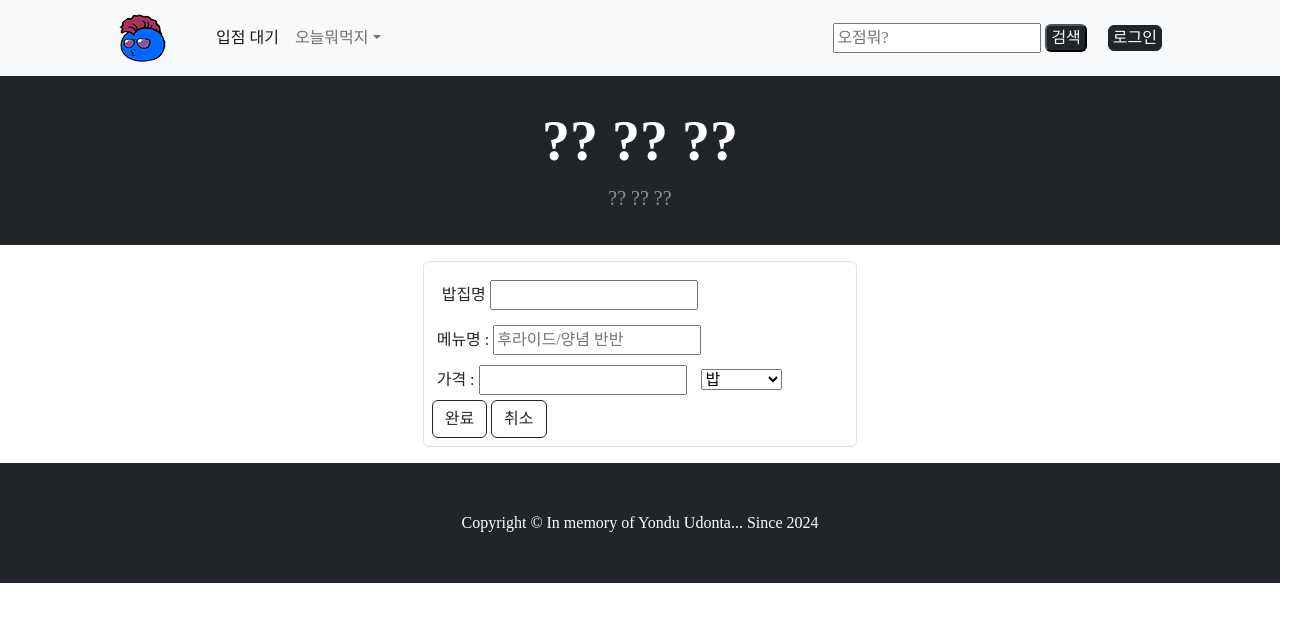
Repository: ashwan94/ydzone
Page: http://localhost/YonduZone/WEB-INF/views/menu/add.jsp
An editor plug-in stored every save of this project. The page is shown before and after the next save, followed by the edit.
The browser window is 1280 px wide. The page is 1292 px wide, so the pictures cover 1292 px, including what lies to the right of the window. The pictures show the whole page.
Some web fonts or font styles are not loaded; a fallback is used. The page is served by Tomcat 9. Nobody is signed in. Other server files are loaded and not shown. The template is opened directly, without the code that normally fills it, so the values that code supplies are empty.

Above is the page before, as saved 2024-04-29 03:14:08.
Console error: SyntaxError: Identifier 'priceEl' has already been declared

### YonduZone/src/main/webapp/WEB-INF/views/menu/add.jsp
<%@ page language="java" contentType="text/html; charset=UTF-8"
    pageEncoding="UTF-8"%>
<jsp:include page="/WEB-INF/views/common/header.jsp">
<jsp:param value="메뉴 정보 입력" name="title"/>
<jsp:param value="메뉴 정보 입력" name="center"/>
<jsp:param value="대표 메뉴 입력" name="content"/>
</jsp:include>
<style>
	#form div, label{
		margin:5px;
	}
</style>
<div class="row my-3">
<div class="col-4"></div>
<div class="col-4 border rounded p-2">
<form action="/menu/add" method="post" id="form">
	<label>
	<div>
		밥집명
		<input type="text" readonly name="restaurantName" value="${newRstInfo.restaurantName }">
	</div>
	</label>
	<label>
		메뉴명 : <input type="text" name="menuName" placeholder="후라이드/양념 반반">
	</label>
	<label>
		가격 : <input type="text" name="price" class="price">
	</label>
	<label>
		<select type="text" name="category">
			<option disabled>카테고리</option>
			<option value="밥">밥</option>
			<option value="국/찌개">국/찌개</option>
			<option value="면/분식">면/분식</option>
			<option value="야식">야식</option>
		</select>
	</label>
	<label>
		<input type="hidden" name="${newRstInfo.no }">
	</label>
	<button id="btn" class="btn btn-outline-dark">완료</button>
	<button class="btn btn-outline-dark" type="button" onclick="/main">취소</button>
</form>
<div class="col-4"></div>
</div>
</div>
<script>
	const btn = document.querySelector("#btn");
	const menuEl = document.querySelector("[name='menuName']");
	const priceEl = document.querySelector("[name='price']");
	const categoryEl = document.querySelector("[name='category']");

	btn.addEventListener("click", function(e) {
		e.preventDefault();

		if(menuEl.value == "") {
			alert("메뉴명을 입력하세요.");
			menuEl.focus();

		}else{
			if(priceEl.value == "") {
				alert("가격을 입력하세요");
				priceEl.focus();
			}else{
				const form = document.querySelector("#form");

				if(confirm("메뉴를 추가하시겠습니까?")){
					form.submit();
					location.href="/menu/add";
				}else{
					form.submit();
					location.href="/restaurant/stanby";
				}
			}
		}
	})
</script>
<jsp:include page="/WEB-INF/views/common/footer.jsp"/>

### YonduZone/src/main/webapp/WEB-INF/views/common/header.jsp
<%@ page language="java" contentType="text/html; charset=UTF-8"
	pageEncoding="UTF-8"%>
<%@ taglib prefix="c" uri="http://java.sun.com/jsp/jstl/core"%>
<!DOCTYPE html>
<html lang="en">
<head>
<meta charset="UTF-8">
<meta name="viewport"
	content="width=device-width, initial-scale=1, shrink-to-fit=no" />
<meta name="description" content="" />
<meta name="author" content="" />
<!-- Favicon-->
<link rel="icon" type="image/x-icon" href="assets/favicon.ico" />
<!-- Bootstrap icons-->
<link
	href="https://cdn.jsdelivr.net/npm/bootstrap-icons@1.5.0/font/bootstrap-icons.css"
	rel="stylesheet" />
<!-- Core theme CSS (includes Bootstrap)-->
<link href="/Bootstrap/css/styles.css" rel="stylesheet" />
<title>${param.title }</title>
<style>
	a{
		text-decoration:none;
		color:black;
	}
	a:hover{
		color:rgb(57, 151, 255);
	}

	@font-face {
    font-family: 'SUIT-Regular';
    src: url('https://cdn.jsdelivr.net/gh/projectnoonnu/noonfonts_suit@1.0/SUIT-Regular.woff2') format('woff2');
    font-weight: normal;
    font-style: normal;
	}

	* {
		font-family: 'SUIT-Regular';
	}
</style>

</head>
<body>
	<header>
		<nav class="navbar navbar-expand-lg navbar-light bg-light">
			<div class="container px-4 px-lg-5">
				<a class="navbar-brand" href="/main"><img src="${pageContext.request.contextPath }/Source/header/logo/main_logo.png" alt="Welcome to YouduZone!"></a>
				<button class="navbar-toggler" type="button" data-bs-toggle="collapse" data-bs-target="#navbarSupportedContent" aria-controls="navbarSupportedContent" aria-expanded="false" aria-label="Toggle navigation">
					<span class="navbar-toggler-icon"></span>
				</button>
				<div class="collapse navbar-collapse" id="navbarSupportedContent">
					<ul class="navbar-nav me-auto mb-2 mb-lg-0 ms-lg-4">
						<li class="nav-item">
							<a class="nav-link active" aria-current="page" href="/restaurant/stanby?userNo=${sessionScope.user.no }" data-value="${sessionScope.user.no }" id="stanbyRestaurant">입점 대기</a>
						</li>
						<li class="nav-item dropdown">
                            <a class="nav-link dropdown-toggle" id="navbarDropdown" href="#" role="button" data-bs-toggle="dropdown" aria-expanded="false">오늘뭐먹지</a>
                            <ul class="dropdown-menu text-center" aria-labelledby="navbarDropdown">
                                <li><a class="dropdown-item" href="/restaurant/category?category=밥">밥</a></li>
                                <li><a class="dropdown-item" href="/restaurant/category?category=국/찌개">국/찌개</a></li>
                                <li><a class="dropdown-item" href="/restaurant/category?category=면/분식">면/분식</a></li>
                                <li><a class="dropdown-item" href="/restaurant/category?category=야식">야식</a></li>
                            </ul>
                        </li>
					</ul>

					<form action="/restaurant/search" method="get" class="d-flex">
						<label>
							<input type="text" name="searchWord" placeholder="오점뭐?" id="searchBar">
							<button type="submit" class="badge bg-dark text-white fs-6 rounded-25 p-1 fw-normal me-3">검색</button>
						</label>
					</form>
					<c:choose>
						<c:when test="${not empty sessionScope.user }">
							<a href="/restaurant/add" class="badge d-flex bg-dark text-white mx-2 p-1 rounded-25 fs-6 fw-normal">밥집 추가</a>
							<a href="/user/view"><span class="badge bg-dark text-white p-1 rounded-25 fs-6 fw-normal me-2">${sessionScope.user.nickName } 님</span></a>
							<form action="/logout" method="get">
								<button type="submit" class="d-flex badge bg-dark text-white p-1 rounded-25 fs-6 fw-normal">로그아웃</button>
							</form>
						</c:when>
						<c:otherwise>
							<form action="/login" method="get" class="d-flex">
								<button type="submit" class="badge btn btn-outline-dark bg-dark text-white p-1 rounded-25 fs-6 fw-normal">로그인</button>
							</form>
							<input type="hidden" id="loginCheck" value="${empty sessionScope.user }">
						</c:otherwise>
					</c:choose>
				</div>
			</div>
		</nav>
		<div class="container-fluid bg-dark p-3">
			<div class="text-center text-white my-3">
				<h1 class="display-4 fw-bolder">${param.center }</h1>
				<p class="lead fw-normal text-white-50 mb-0">${param.content }</p>
			</div>
		</div>
	</header>

### YonduZone/src/main/webapp/WEB-INF/views/common/footer.jsp
<%@ page language="java" contentType="text/html; charset=UTF-8"
	pageEncoding="UTF-8"%>
<footer class="py-5 bg-dark">
<div class="container">
	<p class="m-0 text-center text-white">Copyright &copy; In memory of Yondu Udonta... Since 2024</p>
</div>
</footer>
<!-- Bootstrap core JS-->
<script src="https://cdn.jsdelivr.net/npm/bootstrap@5.3.3/dist/js/bootstrap.bundle.min.js"></script>
<!-- Core theme JS-->
<script src="/Bootstrap/js/scripts.js"></script>
<script>
	const priceEl = document.querySelectorAll(".price");

	priceEl.forEach(el => {
		if(el == null) {
			console.log("There are no any price elements");
		} else{
			el.innerText = parseInt(el.innerText).toLocaleString() + "원";
		}
	})

	/* const searchBar = document.querySelector("#searchBar");
	searchBar.select(); */

	const loginCheck = document.querySelector("#loginCheck");
	const stanbyRestaurant = document.querySelector("#stanbyRestaurant");

	stanbyRestaurant.addEventListener("click", function(e) {
		e.preventDefault();

		if(loginCheck) {
			alert("로그인 이후 이용 가능합니다.");
			location.href = "/login";
		}else{
			location.href = "/restaurant/stanby?userNo=" + stanbyRestaurant.getAttribute("data-value");
		}
	})
</script>
</body>
</html>

Loaded but not shown: YonduZone/src/main/webapp/Bootstrap/css/styles.css (library); YonduZone/src/main/webapp/Bootstrap/js/scripts.js (common file)

After the next save:
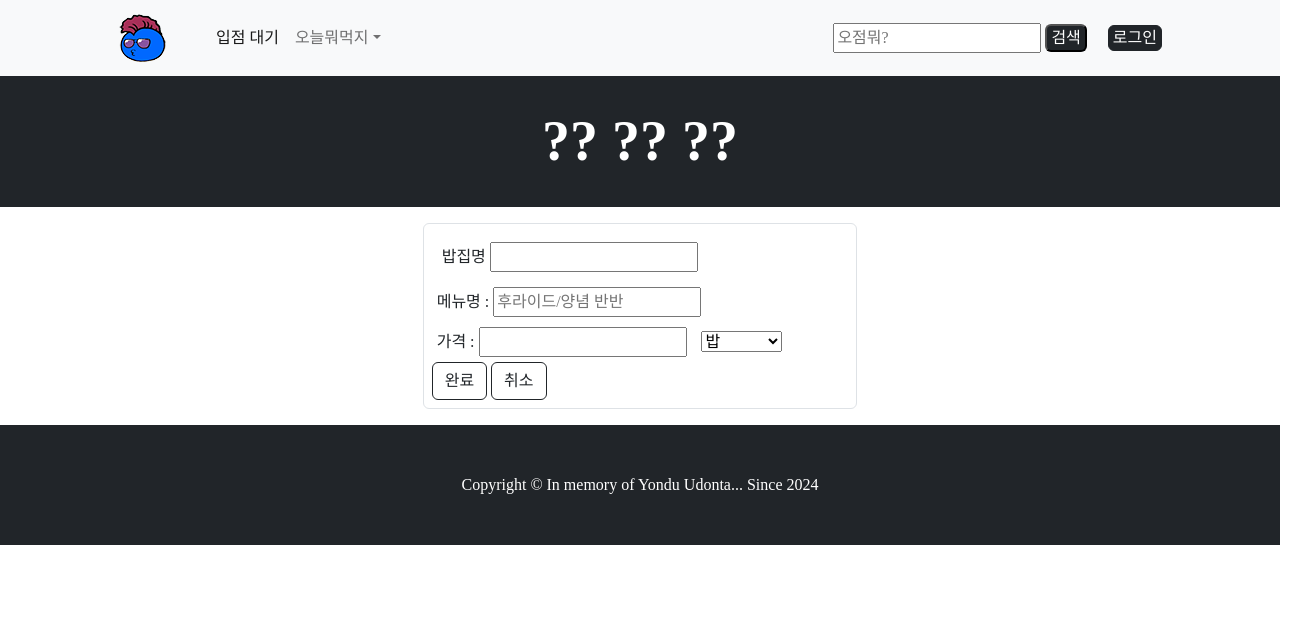
Saved 118 s later.
--- a/YonduZone/src/main/webapp/WEB-INF/views/menu/add.jsp
+++ b/YonduZone/src/main/webapp/WEB-INF/views/menu/add.jsp
@@ -3,7 +3,6 @@
 <jsp:include page="/WEB-INF/views/common/header.jsp">
 <jsp:param value="메뉴 정보 입력" name="title"/>
 <jsp:param value="메뉴 정보 입력" name="center"/>
-<jsp:param value="대표 메뉴 입력" name="content"/>
 </jsp:include>
 <style>
 	#form div, label{
